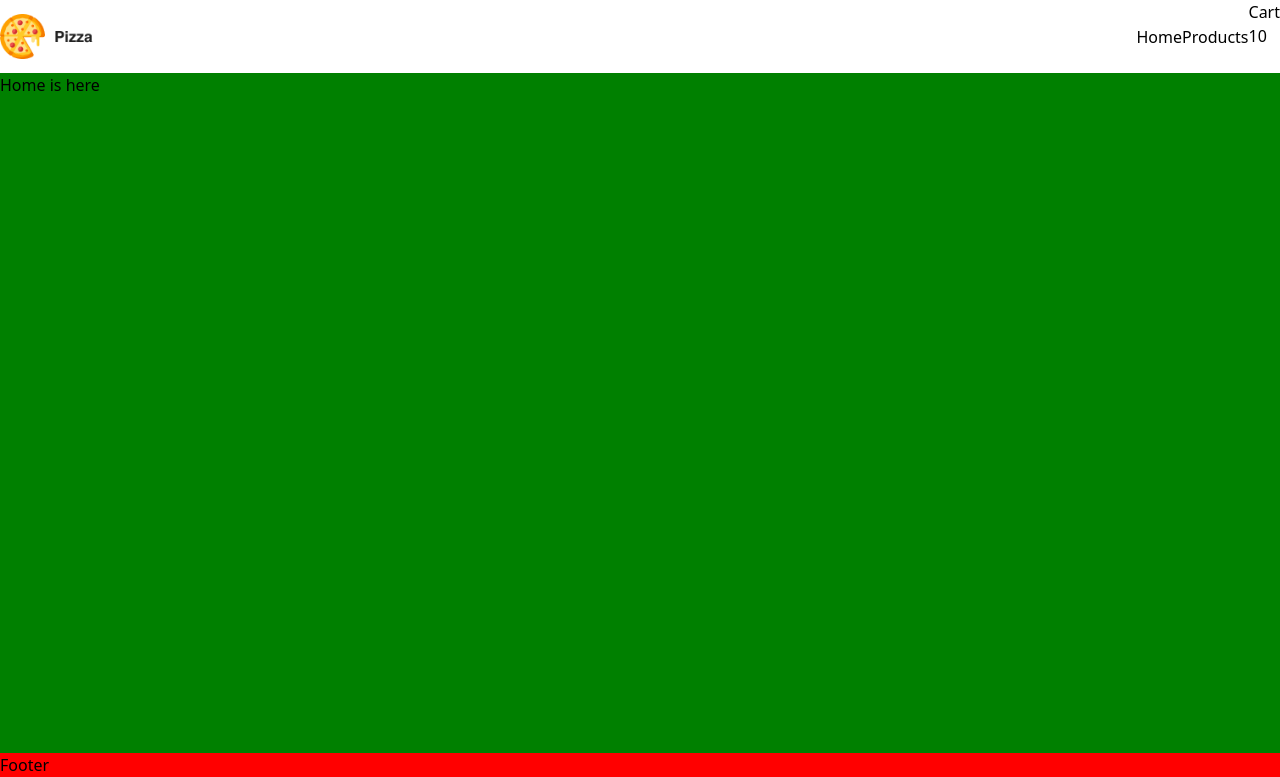
Repository: yuv-raj-25/pizza-youtube
Page: /
These files come from the project's save history. The page is drawn as it stood at one moment and after a run of saves; the edit follows.
The browser window is 1280 px wide. The pictures show the whole page.
Some web libraries are served in a nearby version. The project was rebuilt for these pictures with package versions that can differ from the ones it lists, and the page was loaded fresh each time. Also part of the build but not shown: src/pages/About.jsx.

Above is the page before, as saved 2023-08-16 19:34:20.

After the next 3 saves:
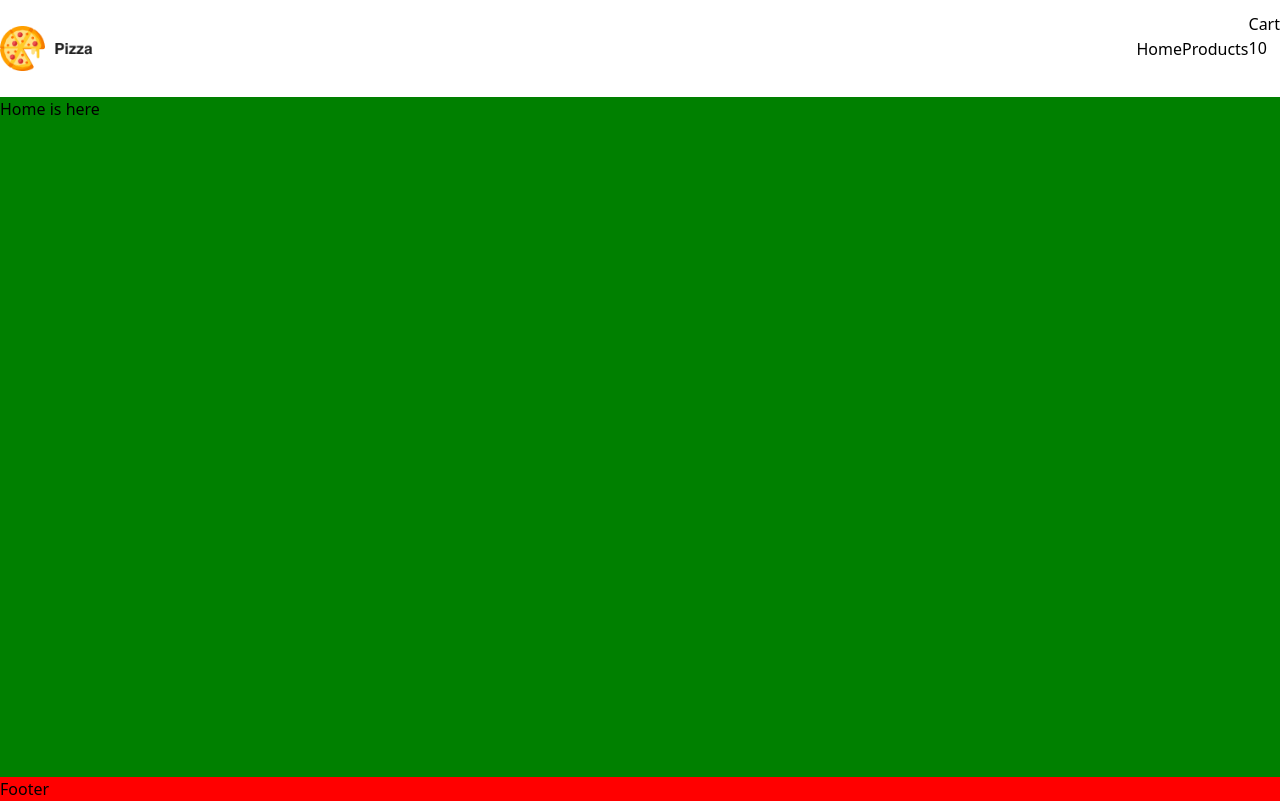
The 3 saves are shown as one change because they came seconds apart.
The last was saved 42 s later.
--- a/src/pages/Navbar.jsx
+++ b/src/pages/Navbar.jsx
@@ -4,7 +4,7 @@ import {Link} from 'react-router-dom'
 const Navbar = () => {
   return (
     <>
-     <nav className="container mx-auto flex items-center justify-between">
+     <nav className="container mx-auto flex items-center justify-between py-3">
           <Link to="/">
             <img style={{height:45}} src="/images/logo.png" alt="logo" />
           </Link>
